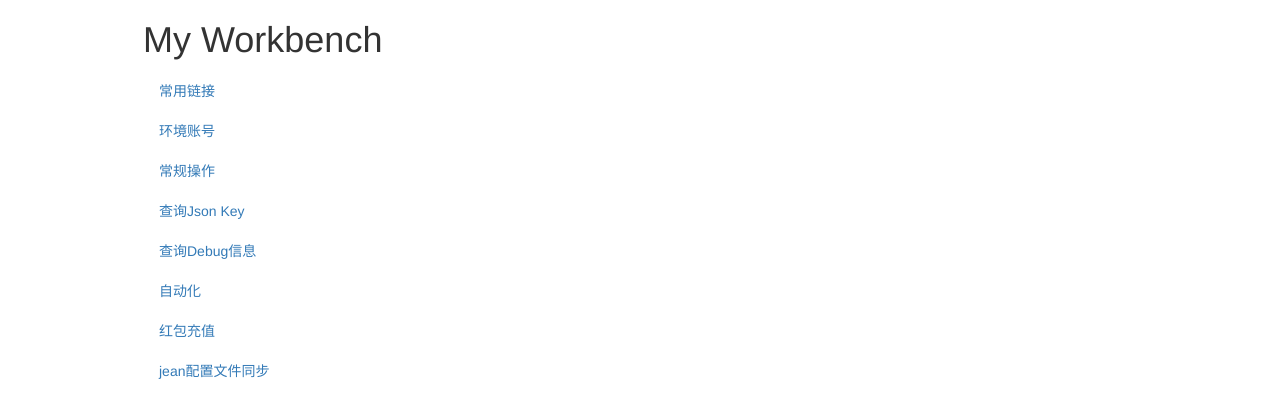
Repository: wangyanqing666/study
Page: Bootstrap学习/index.html
These files come from the project's save history. The page is drawn as it stood at one moment and after the next save; the edit follows.
The browser window is 1280 px wide. The pictures show the whole page.
Some web libraries are served in a nearby version.

Above is the page before, as saved 2020-12-03 15:27:45.

After the next save:
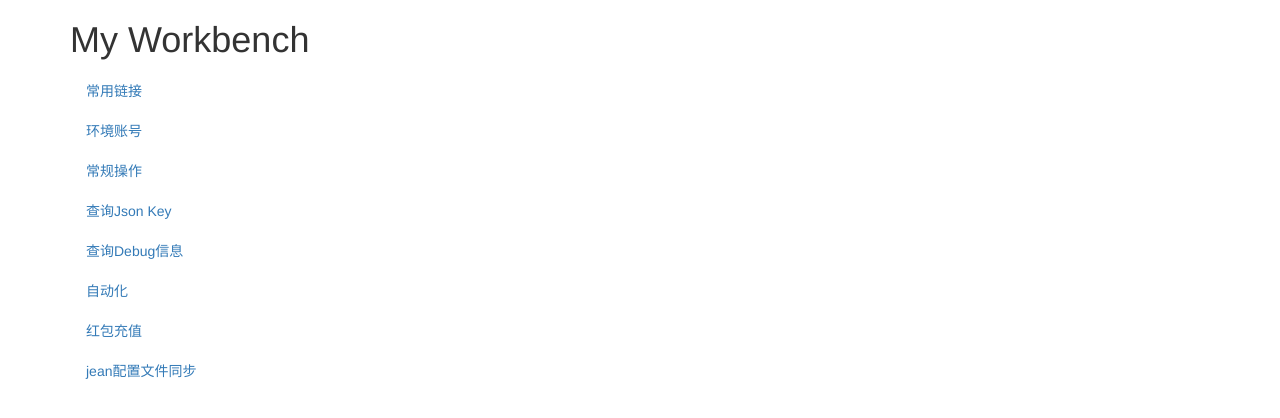
Saved 4 s later.
--- a/Bootstrap学习/index.html
+++ b/Bootstrap学习/index.html
@@ -9,7 +9,7 @@
 </head>
 
 <body>
-    <div class="container" style="height:90%; width:80%">
+    <div class="container" >
         <h1>My Workbench</h1>
         <div class='navbar ' >
             <div class='nav-collapse'>
